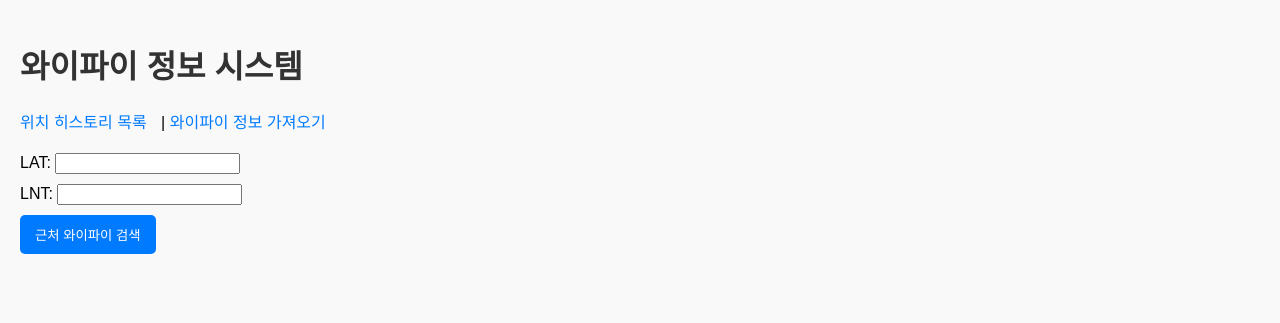
Repository: sangpyolee0/zerobase_task
Page: http://localhost/WifiProject/
The author's editor kept a copy of each file at every save. The page is drawn from the files as they stood at one save, then again after the next save.
The browser window is 1280 px wide. The pictures show the whole page.
The page is served by Tomcat 9. Other server files are loaded and not shown.

Above is the page before, as saved 2024-12-08 16:23:31.

### WifiProject/src/main/webapp/index.jsp
<%@ page language="java" contentType="text/html; charset=UTF-8" pageEncoding="UTF-8"%>
<!DOCTYPE html>
<html>
<head>
    <title>와이파이 정보 시스템</title>
    <link rel="stylesheet" type="text/css" href="css/style.css">
</head>
<body>
    <h1>와이파이 정보 시스템</h1>
    <nav>
        <a href="history.jsp">위치 히스토리 목록</a> |
        <a href="add-wifi.jsp">와이파이 정보 가져오기</a>
    </nav>
    <form action="nearby-wifi.jsp" method="get">
        <label>LAT: <input type="text" name="lat"></label>
        <label>LNT: <input type="text" name="lnt"></label>
        <button type="submit">근처 와이파이 검색</button>
    </form>
</body>
</html>

### WifiProject/src/main/webapp/css/style.css
/* style.css */
body {
    font-family: Arial, sans-serif;
    margin: 0;
    padding: 20px;
    background-color: #f9f9f9;
}

h1, h3 {
    color: #333;
}

nav {
    margin-bottom: 20px;
}

nav a {
    text-decoration: none;
    color: #007BFF;
    margin-right: 10px;
}

nav a:hover {
    text-decoration: underline;
}

form label {
    display: block;
    margin-bottom: 10px;
}

button {
    background-color: #007BFF;
    color: white;
    border: none;
    padding: 10px 15px;
    cursor: pointer;
    border-radius: 5px;
}

button:hover {
    background-color: #0056b3;
}

table {
    width: 100%;
    border-collapse: collapse;
    margin-top: 20px;
}

table th, table td {
    border: 1px solid #ddd;
    padding: 8px;
    text-align: left;
}

table th {
    background-color: #f2f2f2;
}

### WifiProject/src/main/webapp/css/index.css
/* index.css: index.jsp 전용 스타일 */
body {
    font-family: Arial, sans-serif;
    margin: 0;
    padding: 20px;
    background-color: #f9f9f9;
}

.container {
    width: 90%;
    max-width: 1200px;
    margin: 0 auto;
}

h1 {
    font-size: 24px;
    color: #333;
    margin-bottom: 20px;
}

nav a {
    text-decoration: none;
    color: #007BFF;
    margin-right: 10px;
    font-size: 14px;
}

nav a:hover {
    text-decoration: underline;
}

form {
    margin-bottom: 20px;
    display: flex;
    align-items: center;
    gap: 10px;
}

form label {
    font-size: 14px;
    color: #555;
}

form input {
    padding: 5px;
    font-size: 14px;
    border: 1px solid #ccc;
    border-radius: 4px;
    width: 120px;
}

form button {
    background-color: #007BFF;
    color: #fff;
    border: none;
    padding: 5px 10px;
    font-size: 14px;
    border-radius: 4px;
    cursor: pointer;
}

form button:hover {
    background-color: #0056b3;
}

table {
    width: 100%;
    border-collapse: collapse;
    margin-top: 20px;
}

table th, table td {
    border: 1px solid #ddd;
    padding: 8px;
    text-align: center;
    font-size: 14px;
}

table th {
    background-color: #4CAF50;
    color: white;
}

table tr:nth-child(even) {
    background-color: #f2f2f2;
}

table tr:hover {
    background-color: #ddd;
}

.message {
    font-size: 14px;
    color: #666;
    text-align: center;
    margin-top: 20px;
}

After the next save:
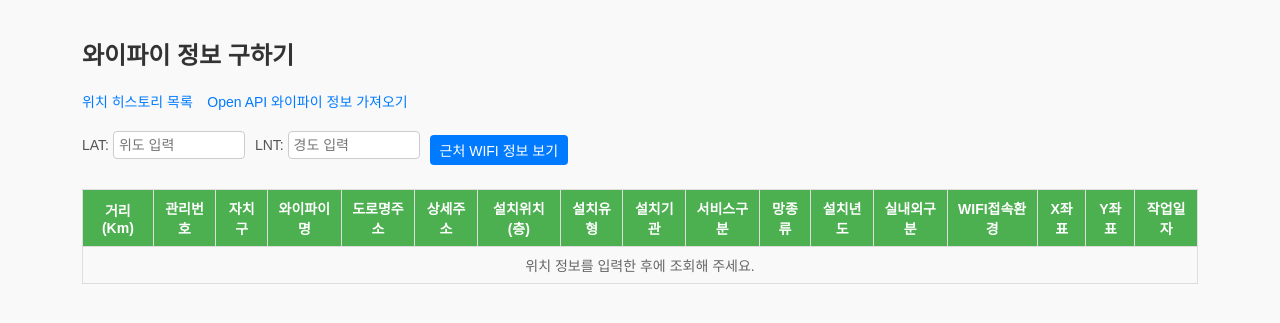
Saved 20 s later.
--- a/WifiProject/src/main/webapp/index.jsp
+++ b/WifiProject/src/main/webapp/index.jsp
@@ -2,19 +2,50 @@
 <!DOCTYPE html>
 <html>
 <head>
-    <title>와이파이 정보 시스템</title>
+    <title>와이파이 정보 구하기</title>
     <link rel="stylesheet" type="text/css" href="css/style.css">
+    <link rel="stylesheet" type="text/css" href="css/index.css">
 </head>
 <body>
-    <h1>와이파이 정보 시스템</h1>
-    <nav>
-        <a href="history.jsp">위치 히스토리 목록</a> |
-        <a href="add-wifi.jsp">와이파이 정보 가져오기</a>
-    </nav>
-    <form action="nearby-wifi.jsp" method="get">
-        <label>LAT: <input type="text" name="lat"></label>
-        <label>LNT: <input type="text" name="lnt"></label>
-        <button type="submit">근처 와이파이 검색</button>
-    </form>
+    <div class="container">
+        <h1>와이파이 정보 구하기</h1>
+        <nav>
+            <a href="history.jsp">위치 히스토리 목록</a>
+            <a href="add-wifi.jsp">Open API 와이파이 정보 가져오기</a>
+        </nav>
+        <form action="nearby-wifi.jsp" method="get">
+            <label>LAT: <input type="text" name="lat" placeholder="위도 입력"></label>
+            <label>LNT: <input type="text" name="lnt" placeholder="경도 입력"></label>
+            <button type="submit">근처 WIFI 정보 보기</button>
+        </form>
+        <table>
+            <thead>
+                <tr>
+                    <th>거리(Km)</th>
+                    <th>관리번호</th>
+                    <th>자치구</th>
+                    <th>와이파이명</th>
+                    <th>도로명주소</th>
+                    <th>상세주소</th>
+                    <th>설치위치(층)</th>
+                    <th>설치유형</th>
+                    <th>설치기관</th>
+                    <th>서비스구분</th>
+                    <th>망종류</th>
+                    <th>설치년도</th>
+                    <th>실내외구분</th>
+                    <th>WIFI접속환경</th>
+                    <th>X좌표</th>
+                    <th>Y좌표</th>
+                    <th>작업일자</th>
+                </tr>
+            </thead>
+            <tbody>
+                <tr>
+                    <td colspan="17" class="message">위치 정보를 입력한 후에 조회해 주세요.</td>
+                </tr>
+            </tbody>
+        </table>
+    </div>
 </body>
 </html>
